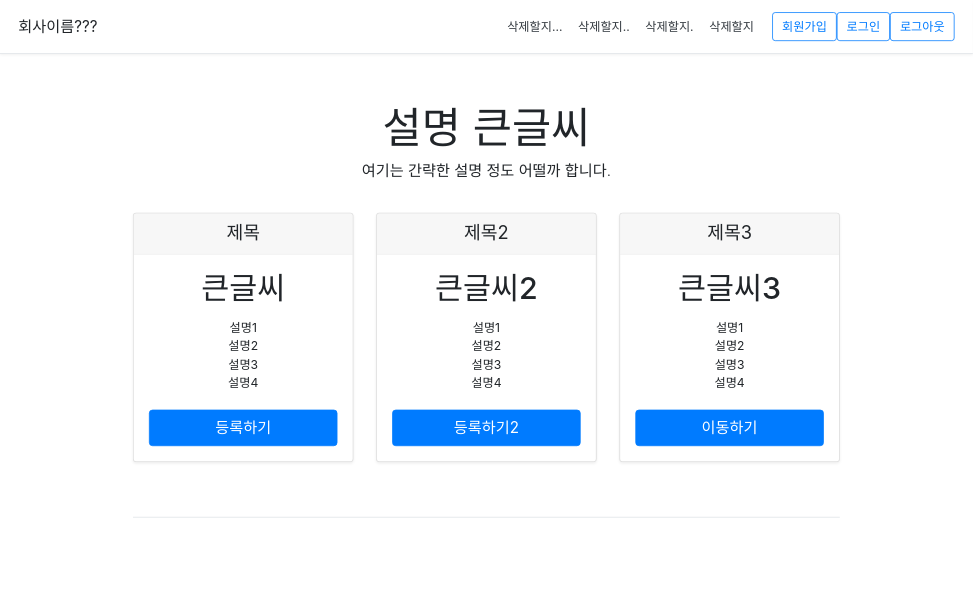
Repository: SettingRhino/innogleantmanager
Page: http://localhost/antmanager/WEB-INF/views/home.jsp
These files come from the project's save history. The page is drawn as it stood at one moment and after a run of saves; the edit follows.
The browser window is 1280 px wide. The pictures show the whole page, at 76% of full size.
The page is served by Tomcat 9. Nobody is signed in. The template is opened directly, without the code that normally fills it, so the values that code supplies are empty.

Above is the page before, as saved 2020-06-08 17:10:01.

After the next 2 saves:
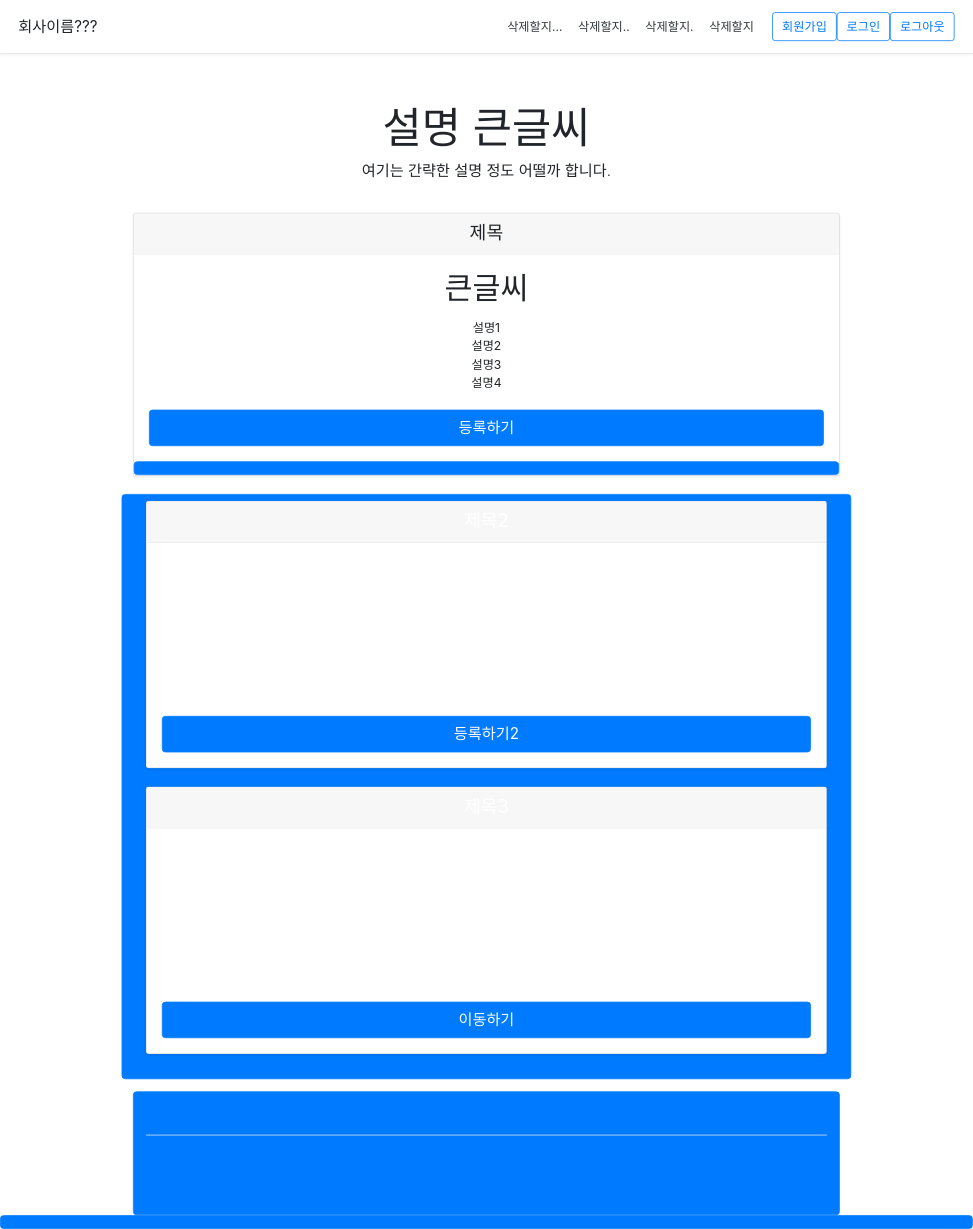
The 2 saves are shown as one change because they came seconds apart.
The last was saved 49 s later.
--- a/antmanager/src/main/webapp/WEB-INF/views/home.jsp
+++ b/antmanager/src/main/webapp/WEB-INF/views/home.jsp
@@ -70,7 +70,8 @@
           <li>설명3</li>
           <li>설명4</li>
         </ul>
-        <button type="button" class="btn btn-lg btn-block btn-primary" href="<c:url value="/test"/>">등록하기</button>
+        <a href="<c:url value="/user/signup"/></a>
+        <button type="button" class="btn btn-lg btn-block btn-primary" href="dairy/view">등록하기</button>
       </div>
     </div>
     <div class="card mb-4 shadow-sm">

After the save that followed:
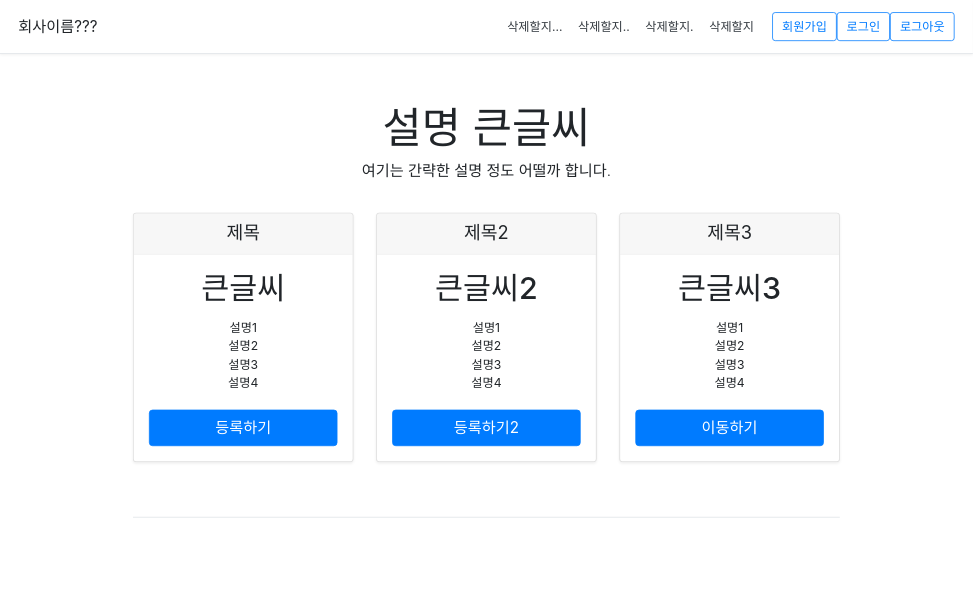
Saved 25 s later.
--- a/antmanager/src/main/webapp/WEB-INF/views/home.jsp
+++ b/antmanager/src/main/webapp/WEB-INF/views/home.jsp
@@ -70,7 +70,7 @@
           <li>설명3</li>
           <li>설명4</li>
         </ul>
-        <a href="<c:url value="/user/signup"/></a>
+        <a></a>
         <button type="button" class="btn btn-lg btn-block btn-primary" href="dairy/view">등록하기</button>
       </div>
     </div>
